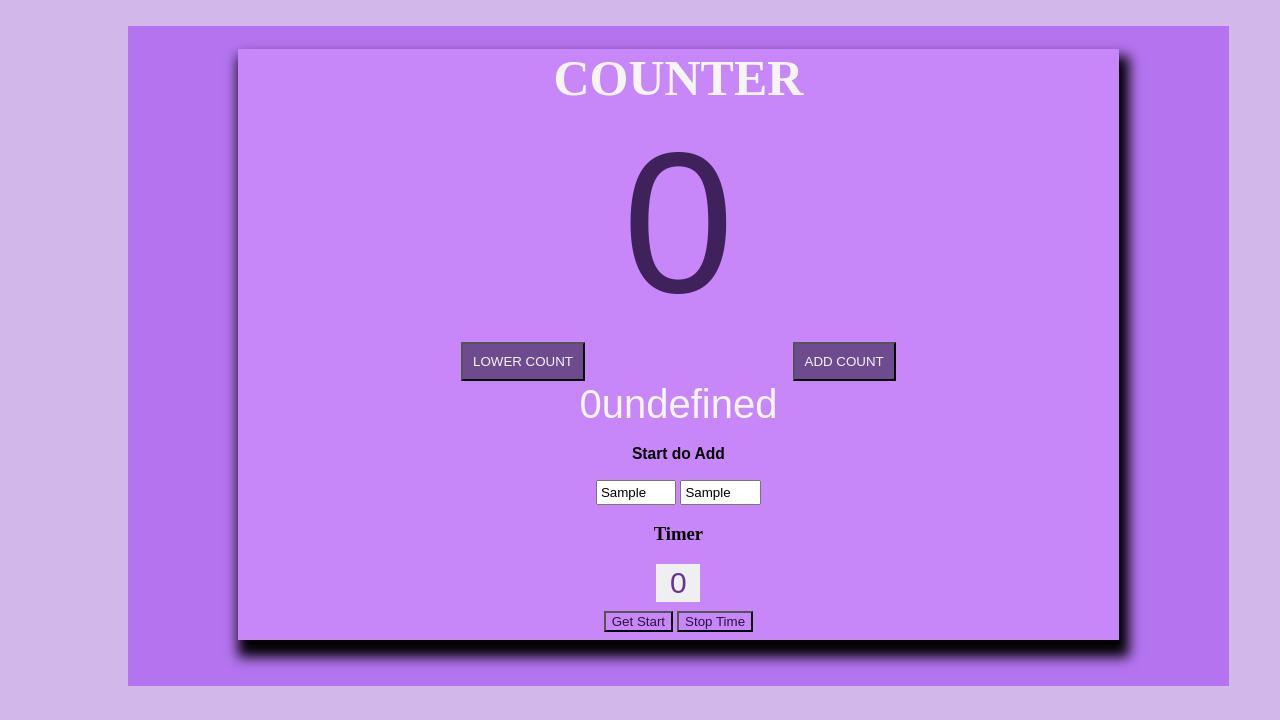
Repository: AnahitKhechumyan/Counter
Page: index.html
The author's editor kept a copy of each file at every save. The page is drawn from the files as they stood at one save, then again after the next save.
The browser window is 1280 px wide. The pictures show the whole page.
Empty fields were first filled with sample values (such as "Sample", 5 or name@example.com).
After loading, the first visible `button.add` was clicked once.

Above is the page before, as saved 2022-02-15 01:28:37.

### index.html
<!DOCTYPE html>
<html lang="en">
<head>
    <meta charset="UTF-8">
    <meta http-equiv="X-UA-Compatible" content="IE=edge">
    <meta name="viewport" content="width=device-width, initial-scale=1.0">
    <link rel="stylesheet" href="style.css">
    <title>Counter</title>
</head>
<body>
    <div class="container">
       <div class="main">
            <div class="header">COUNTER</div>
            <button class= "counter">0</button>
            <div class = "change">
                 <button class ="decrement" type="button">LOWER COUNT</button>
                 <button class ="increment" type="button">ADD COUNT</button>
            </div>
            <button class= "sum">0</button> <br>
            <button class= "add" type="button"><h3>Start do Add</h3></button>
            <div >
                <input class ="firstInput" type="text" />
                <input class ="secondInput" type = "text"/>
           </div>
           <h3>Timer</h3>
           <button class= "timer">0</button>
            <div>
                <button class ="getTime">Get Start</button>
                <button class ="stopTime">Stop Time</button>
           </div>
        </div>
    </div>
    <script src= "script.js"></script>
</body>
</html>

### style.css
body{
    margin: 0;
    background-color: rgb(210, 183, 235);
}
.container{
    background-color: rgb(180, 116, 240);
    width: 86%;
    height: 90vh;
    margin: 2% 10%;
    padding-top: 1%;

}
.main{
    background-color: rgb(199, 135, 248);
    width: 80%;
    height: 82vh;
    margin: 1% 10%;
    box-shadow: 5px 12px 12px 5px;
    text-align: center;
}
.header{
    text-align: center;
    color:whitesmoke;
    font-size: 50px;
    font-weight: 700;
}

.counter{
    border:none;
    font-size:200px;
    color:rgb(63, 33, 92);
    background-color:rgb(199, 135, 248) ;

}
 .change{
     background-color:  rgb(199, 135, 248);
     font-size: 30px;
 }
.decrement{
    padding:10px;
    margin-right: 100px;
   background-color: rgb(110, 74, 143);
   color:whitesmoke;
}
.decrement:hover{
    background-color:whitesmoke;
    color:rgb(110, 74, 143);
    cursor:pointer;
}
.increment{
    padding:10px;
    margin-left: 100px;
    background-color: rgb(110, 74, 143);
    color:whitesmoke;
}
.increment:hover{
    background-color:whitesmoke;
    color:rgb(110, 74, 143);
    cursor:pointer;
}
.sum{
    border:none;
    background-color: rgb(199, 135, 248);
    color:whitesmoke;
    font-size: 40px;
}
.firstInput, .secondInput{
    width: 8%;
    padding:3px;
}
.timer{
    padding:2px 3px;
    font-size: 30px;
   width: 5%;
   border:none;
   color:rebeccapurple;
}

.getTime, .stopTime{
    margin-top:1%;
    background-color:rgb(199, 135, 248);
    color:rgb(41, 20, 61);
    cursor:pointer;
}
.getTime:hover, .stopTime:hover{
    background-color: whitesmoke;
    font-weight: 200;
}
h3{
    cursor:pointer;
}
.add{
    border:none;
    background-color: rgb(199, 135, 248);
}

### script.js
let counterElem = document.querySelector('.counter');
let addCount = document.querySelector('.increment');
let lowerCount =document.querySelector('.decrement');
let getTimer = document.querySelector('.getTime');
let stopTimer = document.querySelector('.stopTime');
let goTimer = document.querySelector('.timer');
let startAdd = document.querySelector('.add');
let addSum = document.querySelector('.sum');
let firstNum = document.querySelector('.firstInput');
let secondNum = document.querySelector('.secondInput');


    let count = 0;
    updateDisplay();

 addCount.addEventListener("click",()=>{
    count++;
    updateDisplay();
});
lowerCount.addEventListener("click",()=>{
    count--;
    updateDisplay();
});

function updateDisplay(){
    counterElem.innerHTML = count;
};


let sum = 0;
 //let x = firstNum;
//let y = secondNum;

function add(x){
    return function(y){
     sum = x + y;
     return sum;
    }
};
 add(firstNum)(secondNum);
  console.log(addSum.innerHTML);
startAdd.addEventListener("click",()=>{
   addSum.innerHTML += sum.innerHTML  ;
});


    countTime=0;
 function getTime(){
    countTime++;
    goTimer.innerHTML = countTime;
 }
   let timer = 0;
  getTimer.addEventListener("click",()=>{
    timer = setInterval(getTime,1000);
});

stopTimer.addEventListener("click",()=>{
    clearInterval(timer);
    countTime = 0;
    goTimer.innerHTML = 0;
});

After the next save:
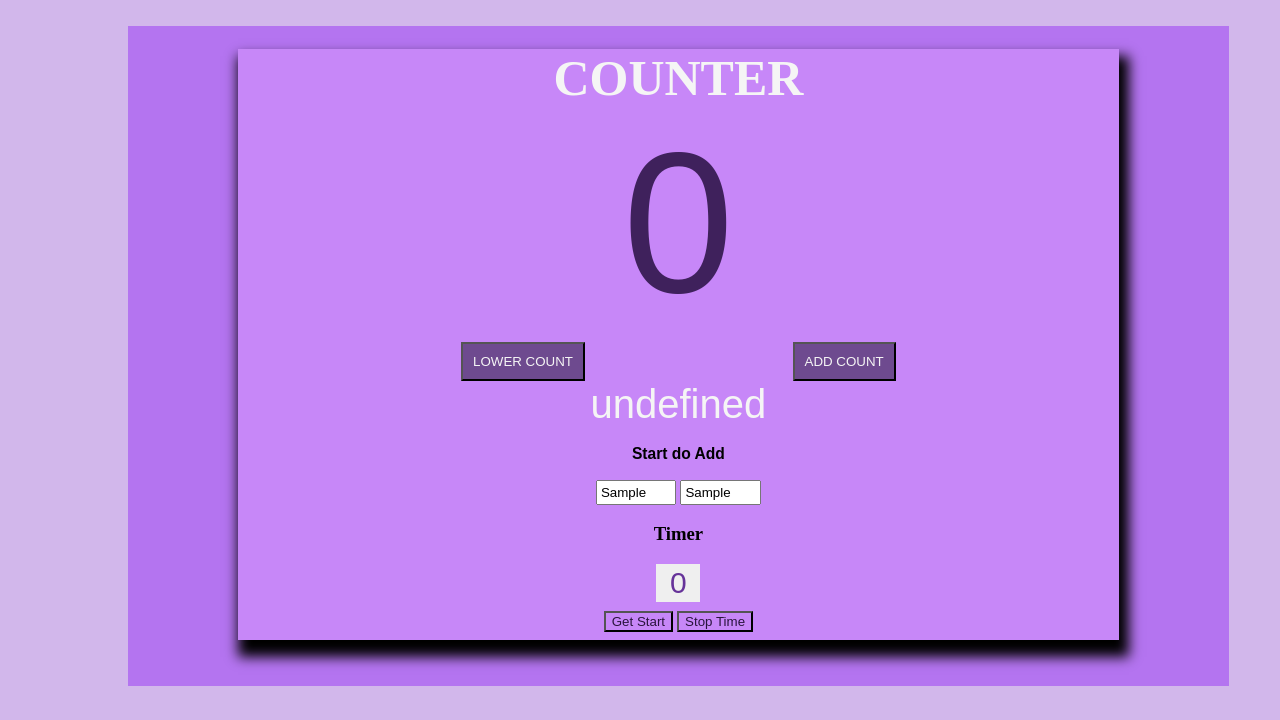
Saved 31 s later.
--- a/script.js
+++ b/script.js
@@ -40,7 +40,7 @@ function add(x){
  add(firstNum)(secondNum);
   console.log(addSum.innerHTML);
 startAdd.addEventListener("click",()=>{
-   addSum.innerHTML += sum.innerHTML  ;
+   addSum.innerHTML = sum.innerHTML  ;
 });
 
 
